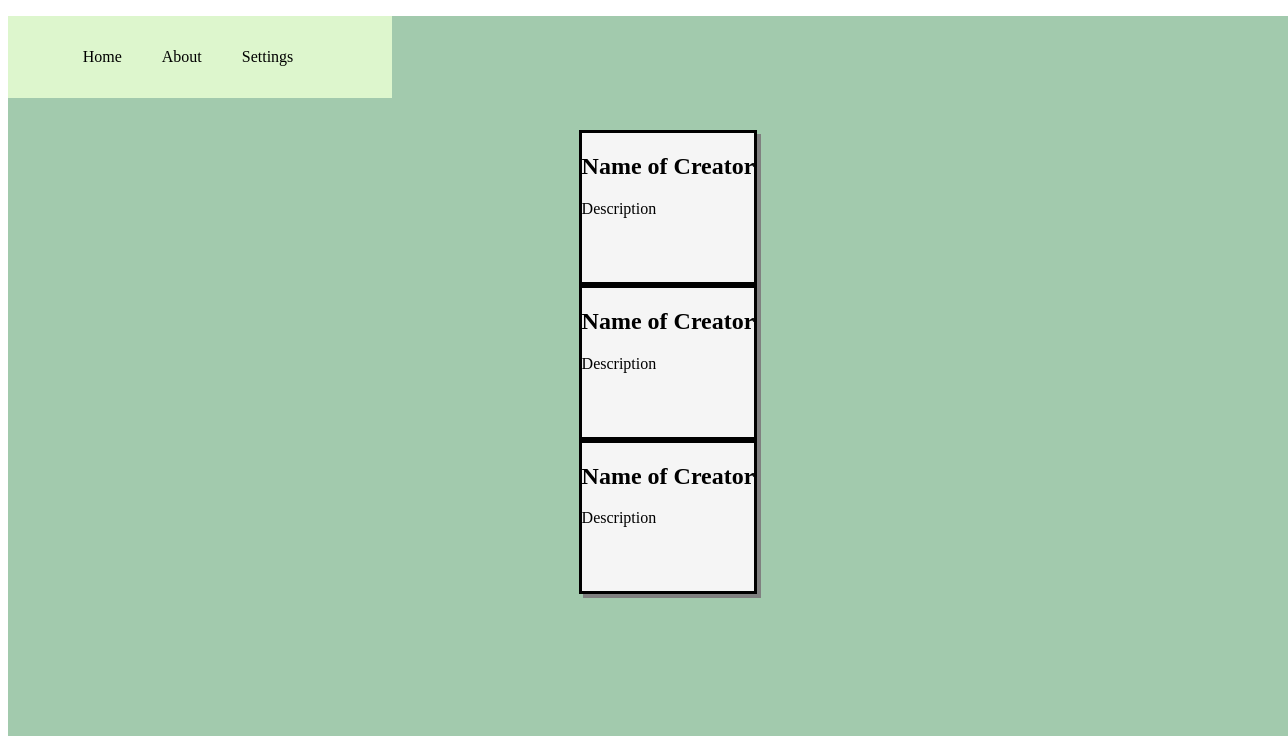
Repository: k8ANStar/Questify
Page: /About
An editor plug-in stored every save of this project. The page is shown before and after a run of saves, followed by the edit.
The browser window is 1280 px wide. The page is 1288 px wide, so the pictures cover 1288 px, including what lies to the right of the window. The pictures show the whole page.
The project was rebuilt for these pictures with package versions that can differ from the ones it lists, and the page was loaded fresh each time. The framework's server and built-in components were replaced by stand-ins that run in the browser. Also part of the build but not shown: next.config.mjs.

Above is the page before, as saved 2024-03-24 22:11:22.

After the next 18 saves:
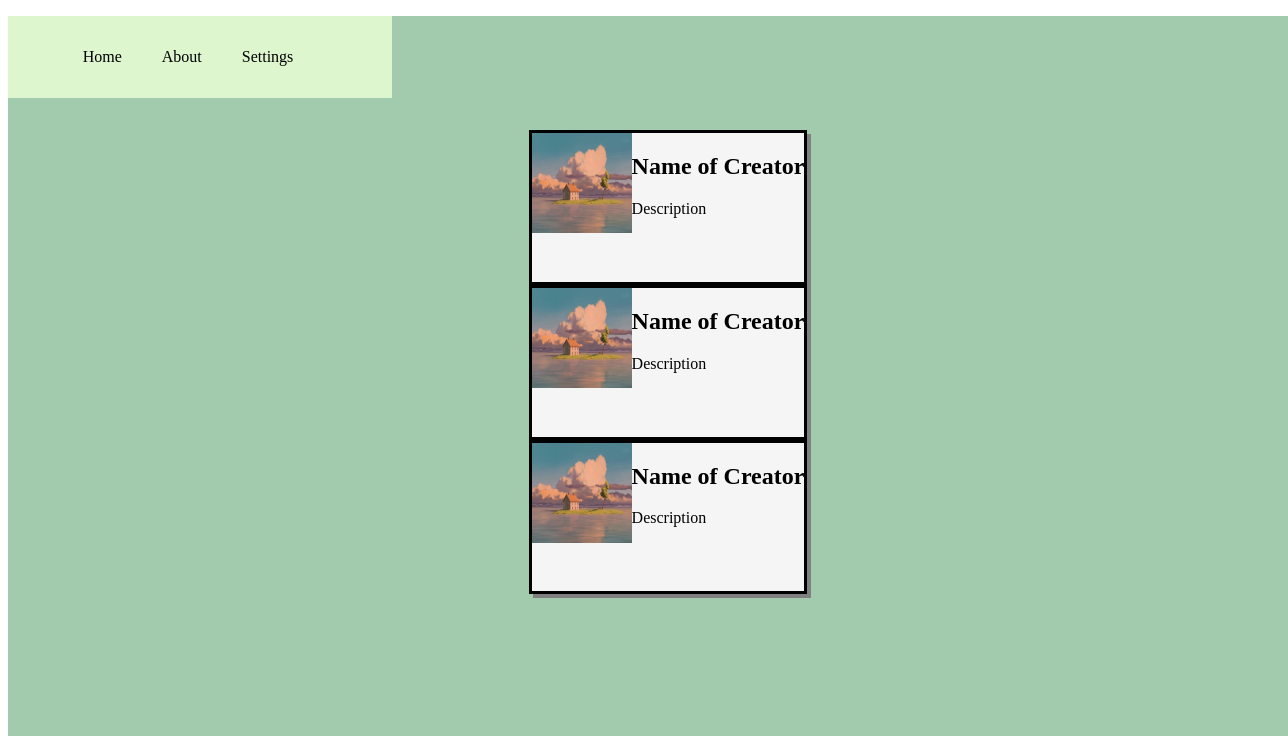
The 18 saves are shown as one change because 2 did not build or start and some came seconds apart.
The last was saved 3 min 23 s later.
--- a/components/Card/index.js
+++ b/components/Card/index.js
@@ -1,11 +1,11 @@
-import styles from './Card.module.css'
-import Image from 'next/image';
+import styles from "./Card.module.css";
+import Image from "next/image";
 
 export default function Card() {
 	return (
 		<div>
 			<section className={styles.cardContainer}>
-				<Image />
+				<Image src="/images/image1.jpeg" width={100} height={100} />
 				<div>
 					<h2>Name of Creator</h2>
 					<p>Description</p>
